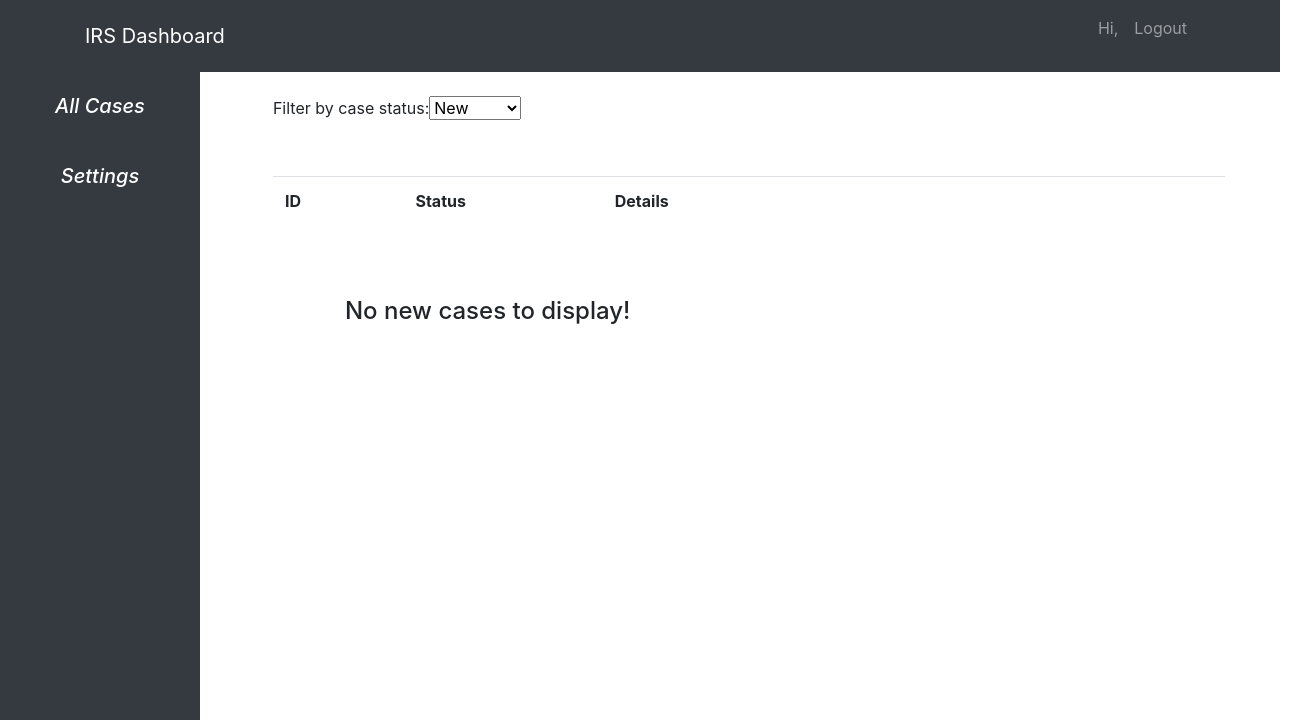
Repository: greeshmavyas/IRS_CS
Page: /AgentDashboard (app in AgentManagement/Frontend/)
The author's editor kept a copy of each file at every save. The page is drawn from the files as they stood at one save, then again after the next save.
The browser window is 1280 px wide. The page is 1295 px wide, so the pictures cover 1295 px, including what lies to the right of the window. The pictures show the whole page.
Some web libraries are served in a nearby version. The project was rebuilt for these pictures with package versions that can differ from the ones it lists, and the page was loaded fresh each time. Also part of the build but not shown: AgentManagement/Frontend/src/components/NavbarLogin.js, AgentManagement/Frontend/src/components/login.js, AgentManagement/Frontend/src/components/updateProfile.js, AgentManagement/frontend/src/App.css.

Above is the page before, as saved 2020-11-05 23:46:18.

After the next save:
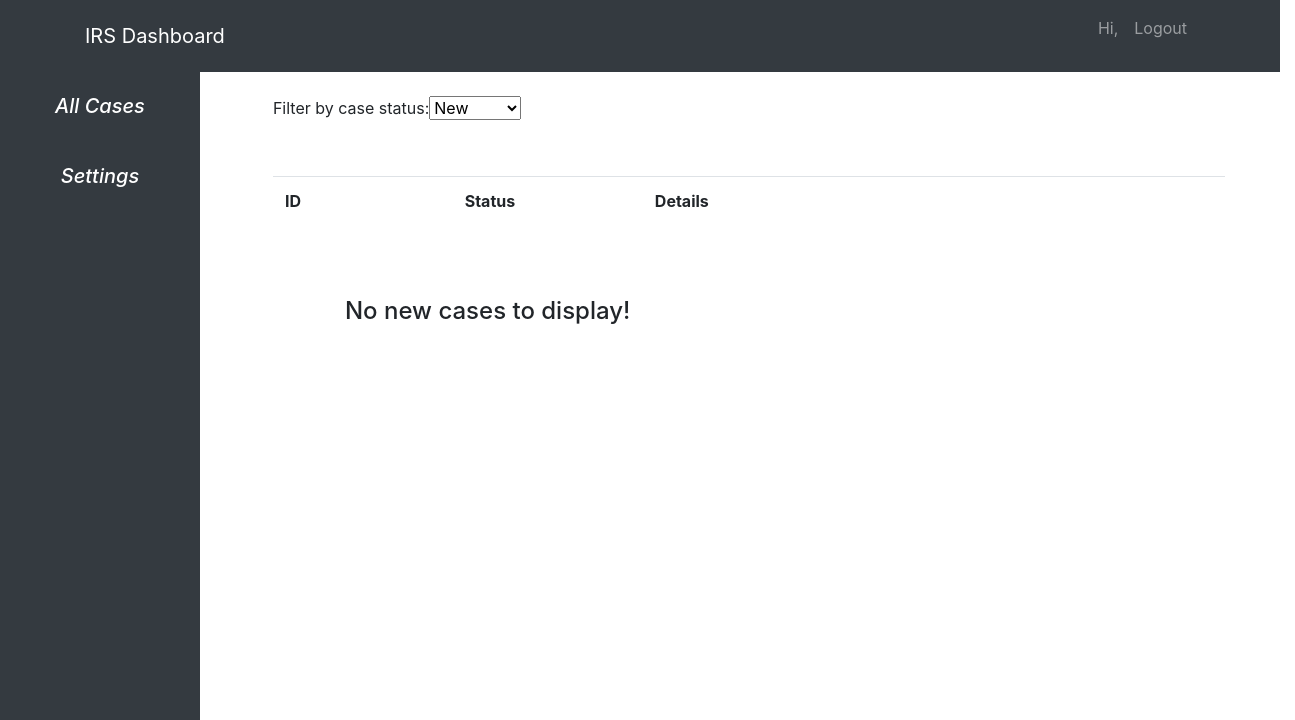
Saved 9 s later.
--- a/AgentManagement/Frontend/src/components/Dashboard.js
+++ b/AgentManagement/Frontend/src/components/Dashboard.js
@@ -140,7 +140,7 @@
           </form>
           <Table>
           <tr>
-            <th style={{ width: '10rem' }}>ID</th>
+            <th style={{ width: '15rem' }}>ID</th>
             <th style={{ width: '15rem' }}>Status</th>
             <th style={{ width: '50rem' }}>Details</th>
           </tr>

After the save that followed:
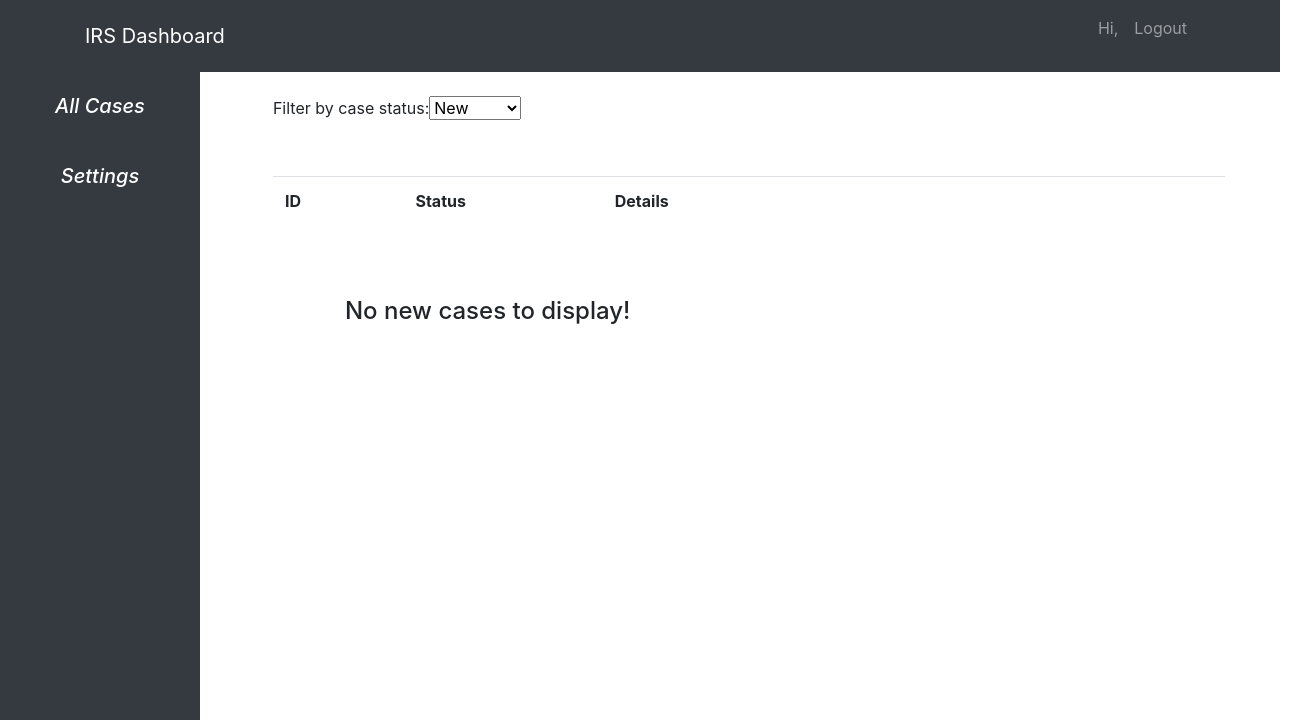
Saved 9 s later.
--- a/AgentManagement/Frontend/src/components/Dashboard.js
+++ b/AgentManagement/Frontend/src/components/Dashboard.js
@@ -140,7 +140,7 @@
           </form>
           <Table>
           <tr>
-            <th style={{ width: '15rem' }}>ID</th>
+            <th style={{ width: '10rem' }}>ID</th>
             <th style={{ width: '15rem' }}>Status</th>
             <th style={{ width: '50rem' }}>Details</th>
           </tr>
